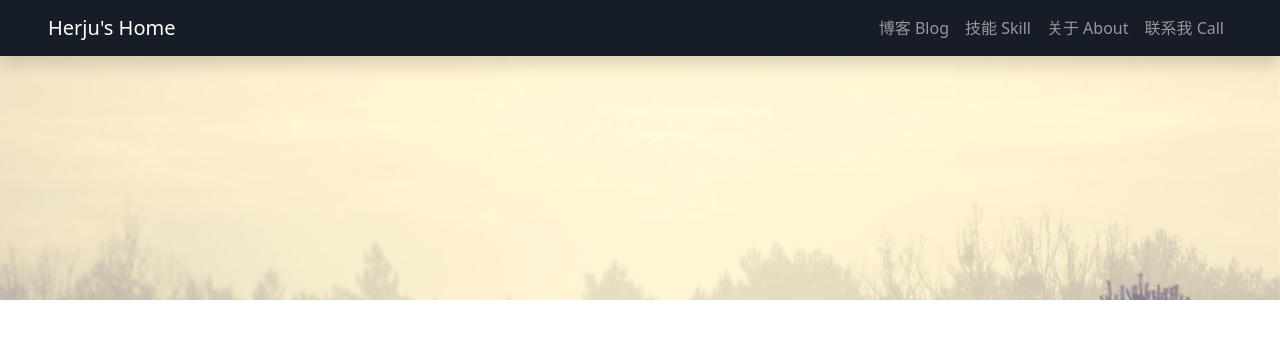
Repository: herjuandlonely/github.io
Page: index-blog.html
An editor plug-in stored every save of this project. The page is shown before and after the next save, followed by the edit.
The browser window is 1280 px wide. The pictures show the whole page.

Above is the page before, as saved 2022-06-29 18:02:33.

### index-blog.html
<!DOCTYPE html>
<html lang="en">
<head>
    <meta charset="UTF-8">
    <meta http-equiv="X-UA-Compatible" content="IE=edge">
    <meta name="viewport" content="width=device-width, initial-scale=1.0">
    <link rel="stylesheet" href="./bootstrap-4.6.1-dist/css/bootstrap.min.css">
    <link rel="stylesheet" href="./CSS/index-blog.css">
    <link rel="stylesheet" href="./CSS/normalize.css">
    <link rel="stylesheet" href="./icon/font_3484823_t6q6q64gri/iconfont.css">
    <script src="./bootstrap-4.6.1-dist/js/bootstrap.bundle.min.js"></script>
    <title>何亚Herju- Blog -抛弃35岁员工是一种罪</title>
</head>
<body>
    <!-- nav start -->
    <div class="container-fluid px-0 shadow navbarControl fixed-top">
        <nav class="navbar navbar-expand-md navbar-dark navbarBg">
            <div class="container-fluid px-4">
                <a href="https://herjuandlonely.github.io/github.io/" class="navbar-brand ms-4">Herju's Home</a>
                <button class="navbar-toggler" data-bs-toggle="collapse" data-bs-target="#foldBtn">
                    <span class="navbar-toggler-icon"></span>
                </button>
                <div class="collapse navbar-collapse" id="foldBtn">
                    <ul class="navbar-nav ms-auto me-4 navbarCli">
                        <li class="nav-item text-center">
                            <a class="nav-link fw-lighter" href="index.html#bk">博客 Blog</a>
                        </li>
                        <li class="nav-item text-center">
                            <a class="nav-link fw-lighter" href="index.html#jn">技能 Skill</a>
                        </li>
                        <li class="nav-item text-center">
                            <a class="nav-link fw-lighter" href="index.html#ab">关于 About</a>
                        </li>
                        <li class="nav-item text-center">
                            <a class="nav-link fw-lighter" href="index.html#lx">联系我 Call</a>
                        </li>
                    </ul>
                </div>
            </div>
        </nav>
    </div>
    <!-- nav end -->

    <!-- baneer start -->
    <div class="banner"></div>
    <!-- baneer start -->

    <script src="./JS/index-blog.js"></script>
</body>
</html>

### CSS/index-blog.css
.navbarControl a{
    cursor: pointer;
}
.navbarBg{
    background-color: #161d27;
}
.banner{
    background: url(../image/overlay-bg.jpg) no-repeat center center;
    height: 300px;
    background-attachment: fixed;
    background-size: cover;
}

### icon/font_3484823_t6q6q64gri/iconfont.css
@font-face {
  font-family: "iconfont"; /* Project id 3484823 */
  src: url('iconfont.woff2?t=1656149880118') format('woff2'),
       url('iconfont.woff?t=1656149880118') format('woff'),
       url('iconfont.ttf?t=1656149880118') format('truetype');
}

.iconfont {
  font-family: "iconfont" !important;
  font-size: 16px;
  font-style: normal;
  -webkit-font-smoothing: antialiased;
  -moz-osx-font-smoothing: grayscale;
}

.icon-QQ:before {
  content: "\e882";
}

.icon-weixin:before {
  content: "\e8bb";
}

### JS/index-blog.js
(function(){
    const myBlog = {
        $: (ele) => {
            return document.querySelectorAll(ele);
        },
        "isHide": function () {
            let oldScrollTop = 0;
            let isHide = this.$('.navbarControl')[0];
            const navbarCli = this.$('.navbarCli')[0].children;

            function scrollHide () {
                let scrollTop = window.pageYOffset || this.document.documentElement.scrollTop || this.document.body.scrollTop;
                let scrollSet = scrollTop - oldScrollTop;
                oldScrollTop = scrollTop;
                if (scrollSet < 0) {
                    isHide.classList.remove('showAndHide');
                } else {
                    isHide.classList.add('showAndHide');
                    foldBtn.classList.remove('show');
                }
            }

            window.addEventListener("scroll", scrollHide);

            for (let i = 0; i < navbarCli.length; i++) {
                navbarCli[i].onclick = function () {
                    window.removeEventListener("scroll", scrollHide);
                    isHide.classList.add('showAndHide');
                    foldBtn.classList.remove('show');
                    setTimeout(() => {
                        window.addEventListener("scroll", scrollHide);
                    }, 800)
                };
            };
        }
    }

    myBlog.isHide();
})()

Loaded but not shown: bootstrap-4.6.1-dist/css/bootstrap.min.css (library); CSS/normalize.css (library); bootstrap-4.6.1-dist/js/bootstrap.bundle.min.js (library)

After the next save:
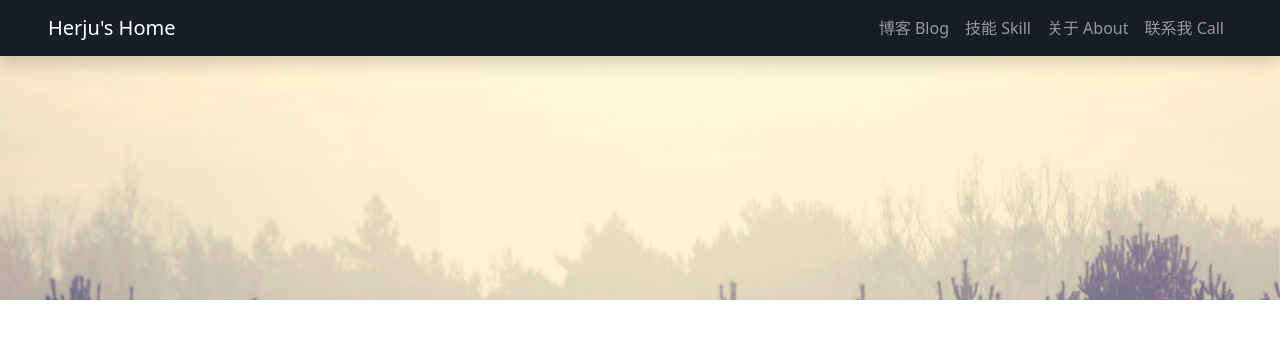
Saved 2 min 23 s later.
--- a/CSS/index-blog.css
+++ b/CSS/index-blog.css
@@ -5,7 +5,7 @@
     background-color: #161d27;
 }
 .banner{
-    background: url(../image/overlay-bg.jpg) no-repeat center center;
+    background: url(../image/overlay-bg.jpg) no-repeat center -50px;
     height: 300px;
     background-attachment: fixed;
     background-size: cover;
